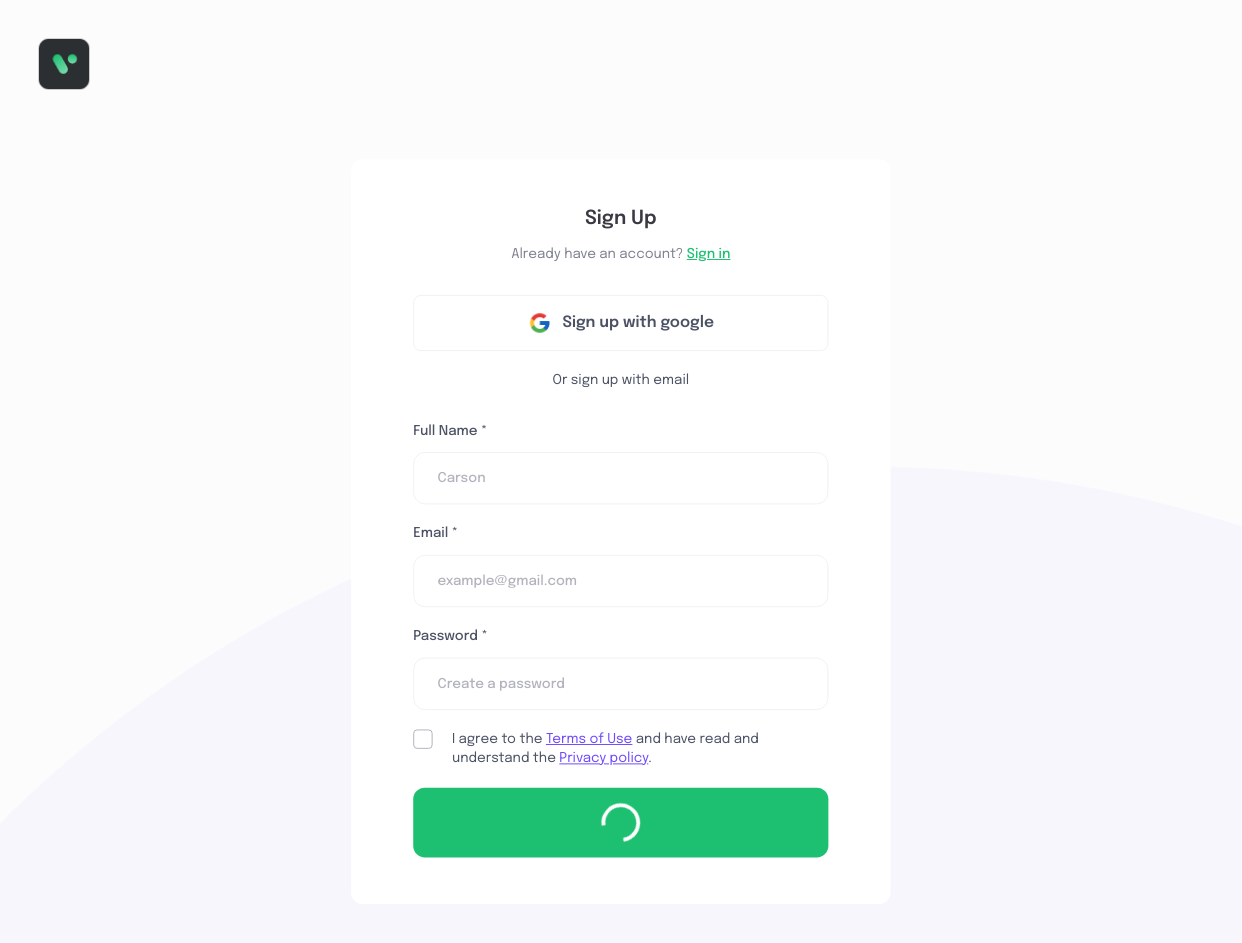
Repository: CarsonDev1/Crowfunding
Page: /sign-up
The author's editor kept a copy of each file at every save. The page is drawn from the files as they stood at one save, then again after the next save.
The browser window is 1280 px wide. The pictures show the whole page, at 97% of full size.
The project was rebuilt for these pictures with package versions that can differ from the ones it lists, and the page was loaded fresh each time. Also part of the build but not shown: src/components/common/ErrorComponent.jsx, src/pages/SignIn.jsx.

Above is the page before, as saved 2023-04-07 13:02:41.

### public/index.html
<!DOCTYPE html>
<html lang="en">

<head>
  <meta charset="utf-8" />
  <link rel="icon" href="%PUBLIC_URL%/favicon.ico" />
  <meta name="viewport" content="width=device-width, initial-scale=1" />
  <meta name="theme-color" content="#000000" />
  <meta name="description" content="Web site created using create-react-app" />
  <link rel="apple-touch-icon" href="%PUBLIC_URL%/logo192.png" />
  <link rel="preconnect" href="https://fonts.googleapis.com">
  <link rel="preconnect" href="https://fonts.gstatic.com" crossorigin>
  <link
    href="https://fonts.googleapis.com/css2?family=Epilogue:ital,wght@0,300;0,400;0,500;0,600;0,700;0,800;0,900;1,300;1,400;1,500;1,600;1,700;1,800&family=Poppins:ital,wght@0,400;0,500;0,600;0,700;0,800;1,400;1,500;1,600;1,700&display=swap"
    rel="stylesheet">
  <!--
      manifest.json provides metadata used when your web app is installed on a
      user's mobile device or desktop. See https://developers.google.com/web/fundamentals/web-app-manifest/
    -->
  <link rel="manifest" href="%PUBLIC_URL%/manifest.json" />
  <!--
      Notice the use of %PUBLIC_URL% in the tags above.
      It will be replaced with the URL of the `public` folder during the build.
      Only files inside the `public` folder can be referenced from the HTML.

      Unlike "/favicon.ico" or "favicon.ico", "%PUBLIC_URL%/favicon.ico" will
      work correctly both with client-side routing and a non-root public URL.
      Learn how to configure a non-root public URL by running `npm run build`.
    -->
  <title>React App</title>
</head>

<body>
  <noscript>You need to enable JavaScript to run this app.</noscript>
  <div id="root"></div>
  <!--
      This HTML file is a template.
      If you open it directly in the browser, you will see an empty page.

      You can add webfonts, meta tags, or analytics to this file.
      The build step will place the bundled scripts into the <body> tag.

      To begin the development, run `npm start` or `yarn start`.
      To create a production bundle, use `npm run build` or `yarn build`.
    -->
</body>

</html>

### src/index.js
import React from "react";
import ReactDOM from "react-dom/client";
import "./index.scss";
import App from "./App";
import { BrowserRouter } from "react-router-dom";

const root = ReactDOM.createRoot(document.getElementById("root"));
root.render(
	<React.StrictMode>
		<BrowserRouter>
			<App />
		</BrowserRouter>
	</React.StrictMode>
);

### src/index.scss
@tailwind base;
@tailwind components;
@tailwind utilities;

@layer base {
	body {
		@apply font-primary text-base font-normal;
		line-height: 1.5;
	}
	input {
		@apply outline-none;
	}
}

### src/App.js
import { lazy } from "react";
import { Route, Routes } from "react-router-dom";
import SignIn from "./pages/SignIn";

const SignUp = lazy(() => import("./pages/SignUp"));

function App() {
	return (
		<Routes>
			<Route path="/sign-up" element={<SignUp />}></Route>
			<Route path="/sign-in" element={<SignIn />}></Route>
		</Routes>
	);
}

export default App;

### src/pages/SignUp.jsx
import React from "react";
import { useForm } from "react-hook-form";
import { Link } from "react-router-dom";
import { Input } from "components/input";
import { Label } from "components/label";
import LayoutAuthentication from "layouts/LayoutAuthentication";
import FormGroup from "components/common/FormGroup";
import { Button } from "components/button";

function SignUp() {
	const {
		handleSubmit,
		control,
		// formState: { isValid, isSubmitting },
	} = useForm({});
	const handleSignUp = (values) => {
		console.log(values);
	};
	return (
		<LayoutAuthentication heading="Sign Up">
			<p className="mb-6 text-xs font-normal text-center lg:text-sm text-text3 lg:mb-8">
				Already have an account?{" "}
				<Link to="/sign-in" className="font-medium underline text-primary">
					Sign in
				</Link>
			</p>
			<button className="flex items-center justify-center w-full py-4 mb-5 text-base font-semibold border rounded-lg gap-x-3 border-strock text-text2">
				<img srcSet="/icon/Google.png 2x" alt="icon-google" />
				<span>Sign up with google</span>
			</button>
			<p className="mb-4 text-xs font-normal text-center lg:text-sm lg:mb-8 text-text2">Or sign up with email</p>
			<form onSubmit={handleSubmit(handleSignUp)}>
				<FormGroup>
					<Label htmlFor="name">Full Name *</Label>
					<Input placeholder="Carson" control={control} name="name" />
				</FormGroup>
				<FormGroup>
					<Label htmlFor="email">Email *</Label>
					<Input placeholder="example@gmail.com" type="email" control={control} name="email" />
				</FormGroup>
				<FormGroup>
					<Label htmlFor="password">Password *</Label>
					<Input placeholder="Create a password" type="password" control={control} name="password" />
				</FormGroup>
				<div className="flex items-start mb-5 gap-x-5">
					<span className="inline-block w-5 h-5 border rounded border-text4"></span>
					<p className="flex-1 text-sm text-text2">
						I agree to the <span className="underline text-secondary">Terms of Use</span> and have read and
						understand the <span className="underline text-secondary">Privacy policy</span>.
					</p>
				</div>
				<Button className="w-full bg-primary" type="submit" isLoading>
					Create my account
				</Button>
			</form>
		</LayoutAuthentication>
	);
}

export default SignUp;

### src/layouts/LayoutAuthentication.jsx
import React from "react";
import { Link } from "react-router-dom";
import PropTypes from "prop-types";
import { withErrorBoundary } from "react-error-boundary";
import ErrorComponent from "../components/common/ErrorComponent";

function LayoutAuthentication(props) {
	const { children, heading = "" } = props;
	return (
		<div className="relative w-full min-h-screen p-10 bg-lite isolate">
			<img
				src="/ellipse.png"
				alt="back-ground"
				className="absolute pointer-events-none bottom-0 left-0 right-0 z-[-1]"
			/>
			<Link to="/" className="inline-block mb-5 lg:mb-16">
				<img src="/Logo.png" alt="Logo" />
			</Link>
			<div className="w-full max-w-[556px] bg-white rounded-xl px-5 py-8 lg:px-16 lg:py-12 mx-auto">
				<h1 className="mb-1 text-lg font-semibold text-center lg:text-xl lg:mb-3 text-text1">{heading}</h1>
				{children}
			</div>
		</div>
	);
}
LayoutAuthentication.propTypes = {
	heading: PropTypes.string,
	children: PropTypes.node,
};

export default withErrorBoundary(LayoutAuthentication, {
	FallbackComponent: ErrorComponent,
});

### src/components/common/FormGroup.jsx
import React from "react";

function FormGroup({ children }) {
	return <div className="flex flex-col mb-5 gap-y-3">{children}</div>;
}

export default FormGroup;

### src/components/button/index.js
export const { default: Button } = require("./Button");

### src/components/input/Input.jsx
import React from "react";
import { useController } from "react-hook-form";
import PropTypes from "prop-types";

function Input(props) {
	const { control, name, type = "text", ...rest } = props;
	const { field } = useController({
		control,
		name,
		defaultValue: "",
	});
	return (
		<div className="relative">
			<input
				id={name}
				type={type}
				className="w-full px-6 py-4 text-sm font-medium border rounded-xl border-strock text-text1 placeholder:text-text4"
				{...rest}
				{...field}
			/>
		</div>
	);
}
Input.propTypes = {
	name: PropTypes.string,
	type: PropTypes.string,
	control: PropTypes.any.isRequired,
};
export default Input;

### src/components/label/Label.jsx
import React from "react";
import PropTypes from "prop-types";

function Label(props) {
	const { children, htmlFor = "", className = "" } = props;
	return (
		<label htmlFor={htmlFor} className={`inline-block text-sm font-medium cursor-pointer text-text2 ${className}`}>
			{children}
		</label>
	);
}
Label.propTypes = {
	children: PropTypes.node,
	htmlFor: PropTypes.string,
	className: PropTypes.string,
};
export default Label;

### src/components/button/Button.jsx
import React from "react";
import PropTypes from "prop-types";

function Button({ type = "button", children, className = "", isLoading = false, ...rest }) {
	const child = !!isLoading ? (
		<div className="w-10 h-10 border-4 border-white rounded-full border-t-transparent animate-spin"></div>
	) : (
		children
	);
	return (
		<button
			className={`flex items-center justify-center p-4 text-base font-semibold rounded-xl min-h-[56px] text-white ${className}`}
			type={type}
			{...rest}
		>
			{child}
		</button>
	);
}
Button.propTypes = {
	type: PropTypes.string.isRequired,
	className: PropTypes.string,
	children: PropTypes.node,
	isLoading: PropTypes.bool,
};
export default Button;

### tailwind.config.js
/** @type {import('tailwindcss').Config} */
module.exports = {
	darkMode: "class",
	content: ["./src/**/*.{js,jsx,ts,tsx}"],
	theme: {
		extend: {
			fontFamily: {
				primary: ["Epilogue", "san-serif"],
			},
			colors: {
				primary: "#1DC071",
				secondary: "#6F49FD",
				text1: "#3A3A43",
				text2: "#4B5264",
				text3: "#808191",
				text4: "#B2B3BD",
				"icon-color": "#A2A2A8",
				white: "#FFFFFF",
				whiteSoft: "#FCFBFF",
				graySoft: "#FCFCFC",
				strock: "#F1F1F3",
				lite: "#FCFCFD",
				error: "#EB5757",
				darkbg: "#13131A",
				darkSecondary: "#1C1C24",
				softDark: "#22222C",
				darkSoft: "#24242C",
				darkStroke: "#3A3A43",
				darkRed: "#422C32",
			},
		},
	},
	plugins: [],
};

Loaded but not shown: src/components/input/index.js (common file); src/components/label/index.js (common file)

After the next save:
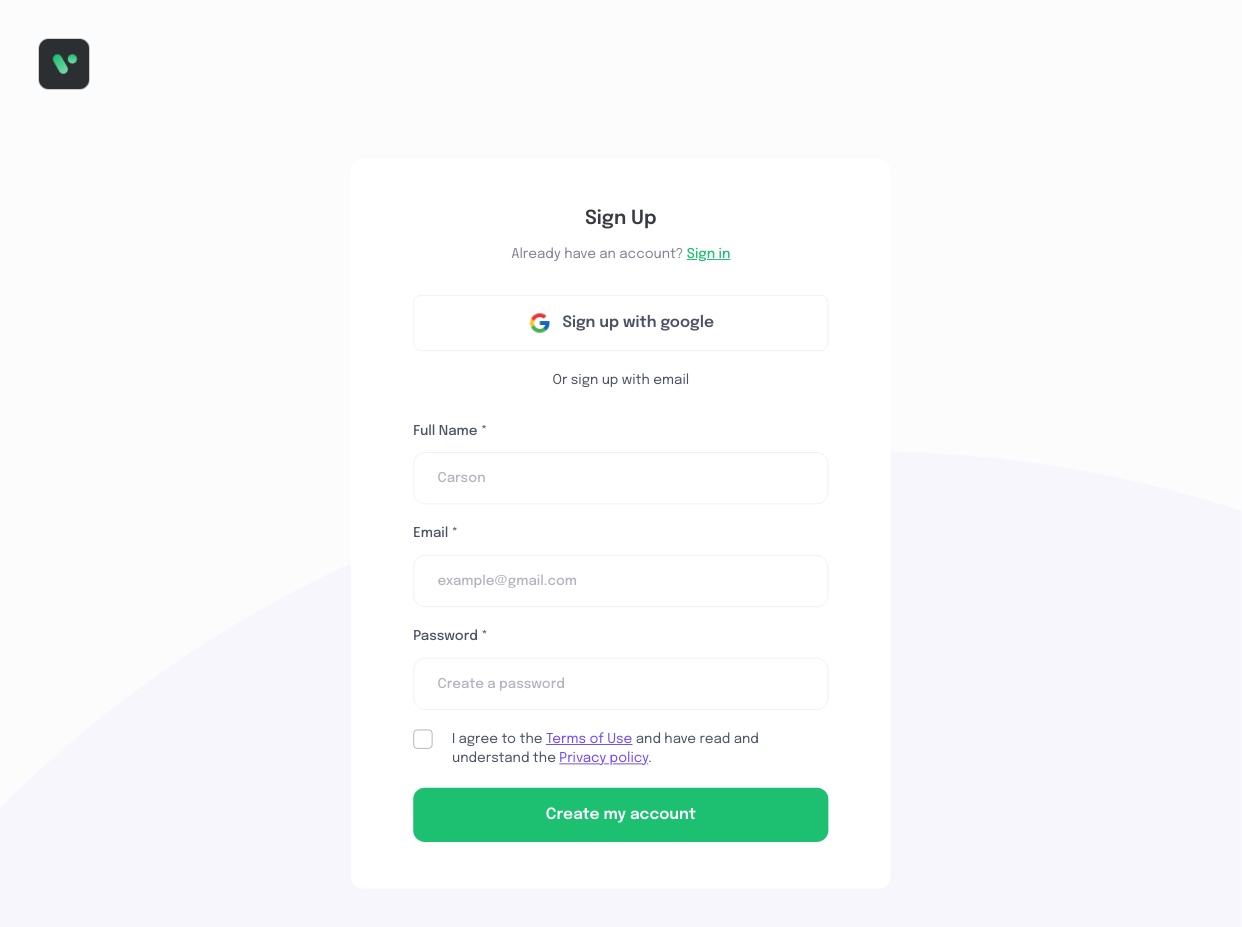
Saved 57 s later.
--- a/src/pages/SignUp.jsx
+++ b/src/pages/SignUp.jsx
@@ -49,7 +49,7 @@
 						understand the <span className="underline text-secondary">Privacy policy</span>.
 					</p>
 				</div>
-				<Button className="w-full bg-primary" type="submit" isLoading>
+				<Button className="w-full bg-primary" type="submit">
 					Create my account
 				</Button>
 			</form>

After the save that followed:
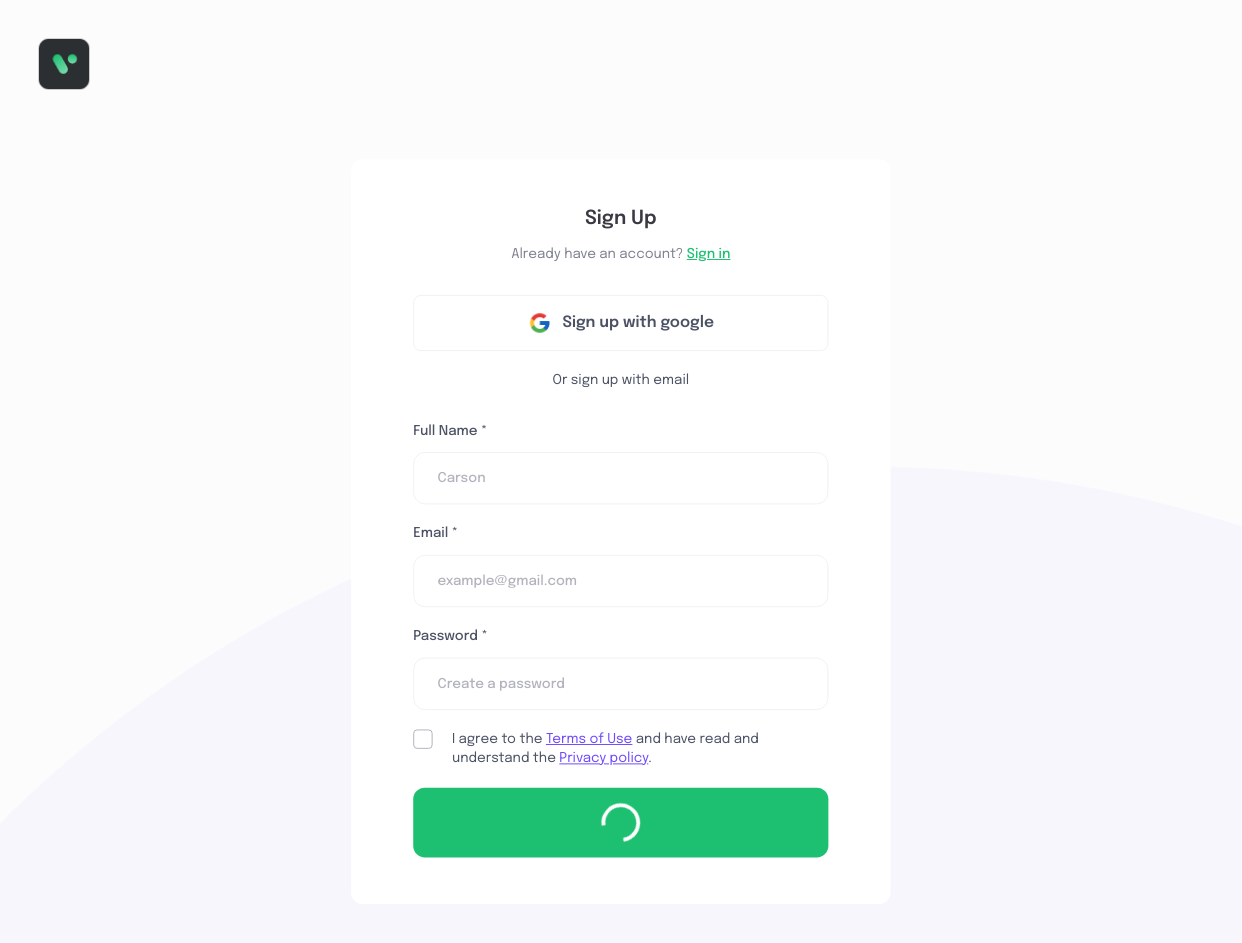
Saved 15 s later.
--- a/src/pages/SignUp.jsx
+++ b/src/pages/SignUp.jsx
@@ -49,7 +49,7 @@
 						understand the <span className="underline text-secondary">Privacy policy</span>.
 					</p>
 				</div>
-				<Button className="w-full bg-primary" type="submit">
+				<Button className="w-full bg-primary" type="submit" isLoading>
 					Create my account
 				</Button>
 			</form>
